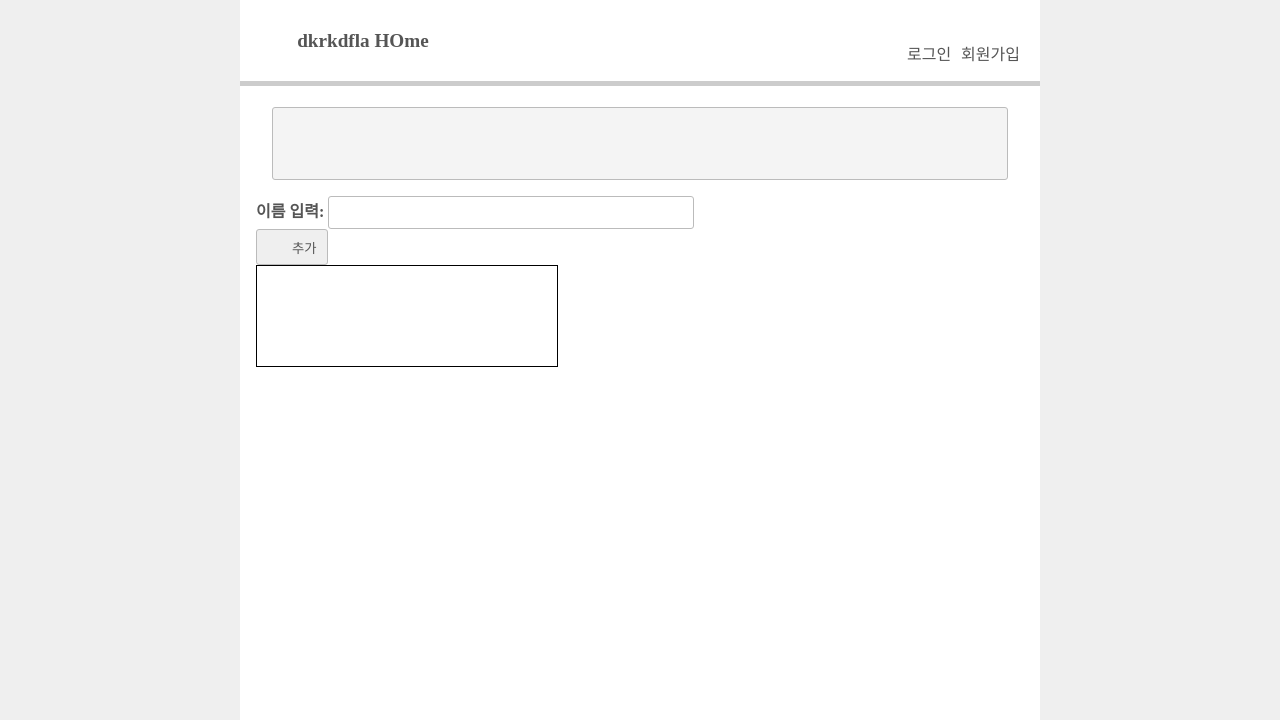
Repository: Dusajang/WebClass
Page: webPro/src/main/webapp/javascript/days02/test/test01_04.html
The author's editor kept a copy of each file at every save. The page is drawn from the files as they stood at one save, then again after the next save.
The browser window is 1280 px wide. The pictures show the whole page.
Some web fonts or font styles are not loaded; a fallback is used.

Above is the page before, as saved 2024-09-26 01:03:37.

After the next save:
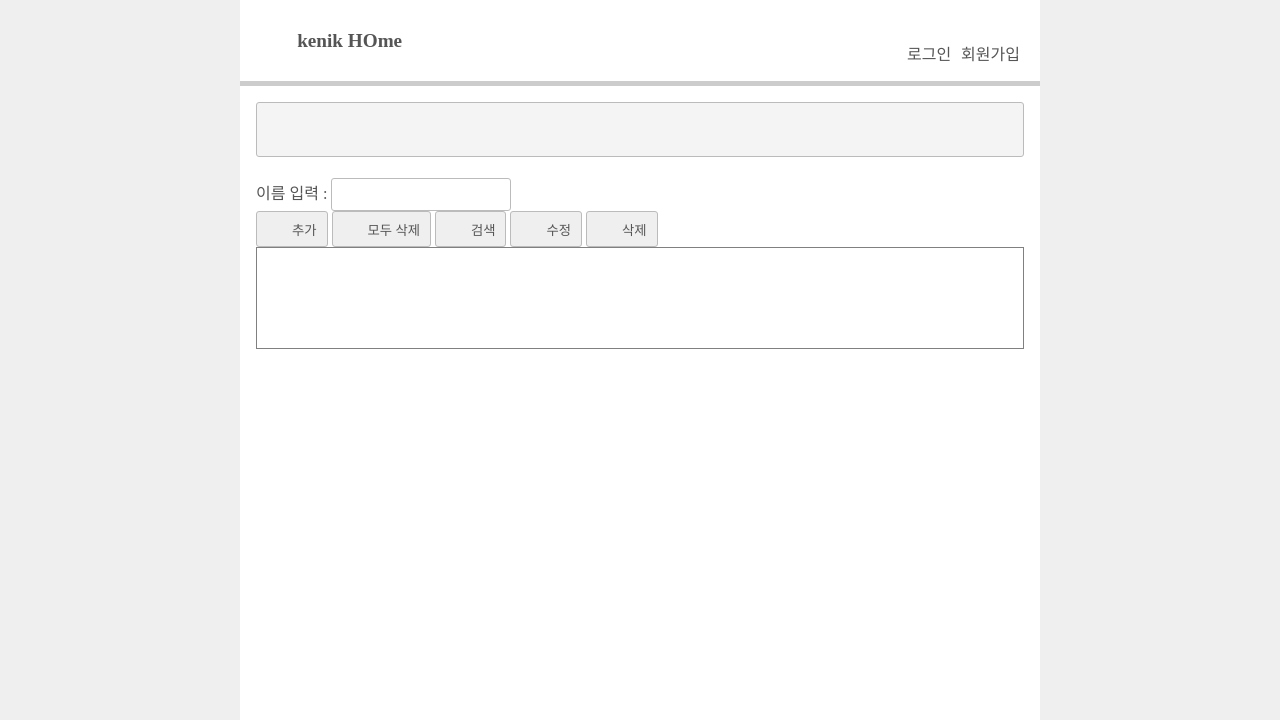
Saved 2 h 18 min later.
--- a/webPro/src/main/webapp/javascript/days02/test/test01_04.html
+++ b/webPro/src/main/webapp/javascript/days02/test/test01_04.html
@@ -13,48 +13,93 @@
     vertical-align: text-bottom;
  }
 
- #content{
-  width: 300px;
-  height: 100px;
-  border: 1px solid black;
-  overflow: auto;
+ div#demo{
+   border: 1px solid gray;
+   height: 100px;
+
+   overflow: auto;
+ }
+
+ .item{
+    color:red;
+    background-color: yellow;
+ }
+
+ .search{
+    color:yellow;
+    background-color: blue;
+    font-weight: bold;
  }
 </style>
 </head>
-<body>
+<body onload="init();" onunload="">
 <header>
-  <h1 class="main"><a href="#" style="position: absolute;top:30px;">dkrkdfla HOme</a></h1>
+  <h1 class="main"><a href="#" style="position: absolute;top:30px;">kenik HOme</a></h1>
   <ul>
     <li><a href="#">로그인</a></li>
     <li><a href="#">회원가입</a></li>
   </ul>
 </header>
-<div>
+
   <xmp class="code">
+  </xmp>
+  <div>
 
-  </xmp>
+  <label for="name">이름 입력 : </label>
+  <!-- <input type="text" id="name" name="name" autofocus><br> -->
+  <input type="text" id="name" name="name"><br>
+  <button>추가</button>
+  <button>모두 삭제</button>
+  <button>검색</button>
+  <button>수정</button>
+  <button>삭제</button>
+  <div id="demo"></div>
+  </div>
 
-  <b>이름 입력: </b><input type="text" id="txtContent"
-  class="long"
-  placeholder=""
-  autofocus="autofocus">
-<br>
-  <button class="click">추가</button>
-
-  <div id="content"></div>
+  <script>
+    const txtName = document.querySelector("#name");
+    const btnAdd = document.querySelector("button");
+    const btnAllDel = document.querySelector("button:nth-of-type(2)");
+    const btnSearch = document.querySelector("button:nth-of-type(3)"); // 검색 버튼
+    const demo = document.querySelector("#demo");
 
 
-  <script>
-    const btnExec = document.querySelector("button.click");
+    btnAllDel.onclick = function (){
+       // alert("test")
+       demo.innerHTML = "";
+    }
 
-    btnExec.onclick = function() {
-      let input = document.querySelector("#txtContent").value;
-      const content = document.querySelector("#content");
-      content.innerHTML += `<span style='color:red; background-color:yellow'>${input}</span><br>`;
+    txtName.onkeydown = function (){
+       if( event.keyCode == 13 ){
+          demoAdd();
+        }
+    }
 
+    btnAdd.onclick = function (){
+       demoAdd();
+    }
+
+    function demoAdd(){
+       let name = txtName.value;
+
+       if(demo.lastElementChild)
+          demo.lastElementChild.style.backgroundColor="white";
+
+          let newItem = document.createElement("div");
+          // newItem.classList.add = "item"
+          newItem.className = "item";
+          // newItem.setAttribute("class", item);
+          newItem.innerHTML = name;
+
+          demo.appendChild(newItem);
+
+          txtName.select;
+          demo.scrollTop = demo.scrollHeight;
+    }
+
+    function init(){
+       txtName.focus();
     }
   </script>
-
-</div>
 </body>
 </html>
